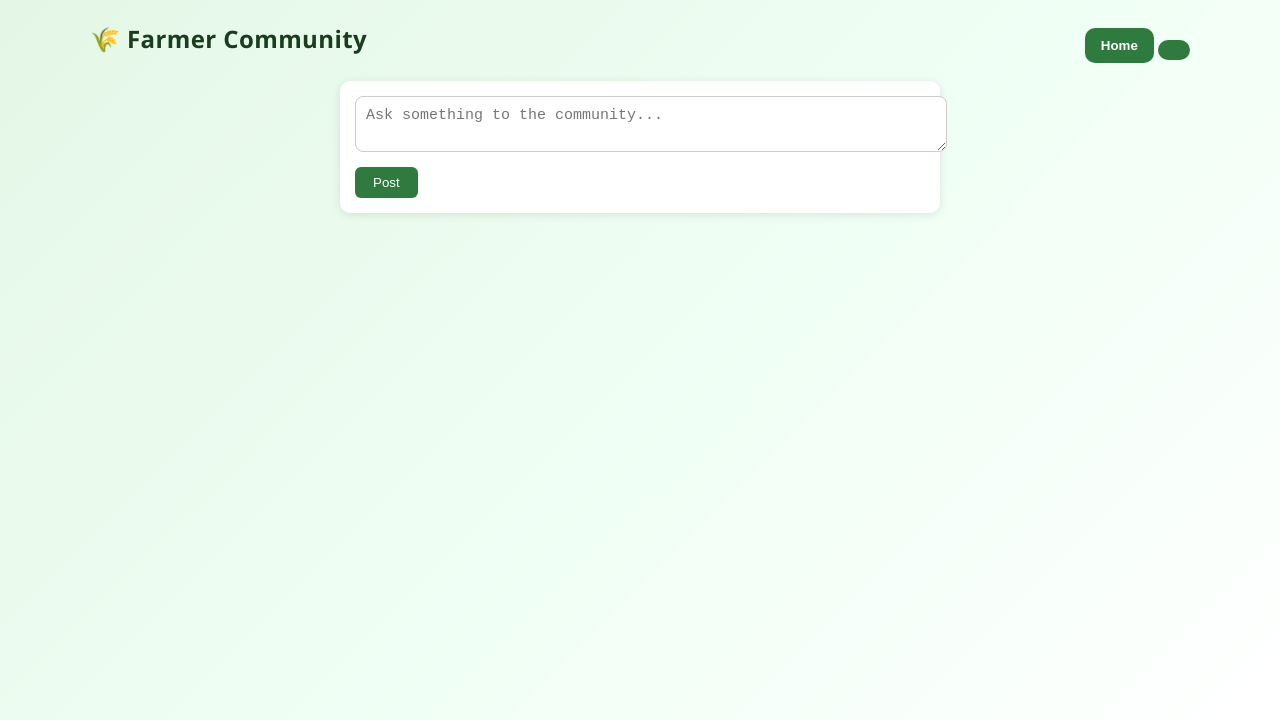
Repository: Desterhub/Agrogyanchatgpt
Page: agrogyan-gpt-main/frontend/community.html
These files come from the project's save history. The page is drawn as it stood at one moment and after the next save; the edit follows.
The browser window is 1280 px wide. The pictures show the whole page.

Above is the page before, as saved 2026-03-11 23:00:06.
Console error: TypeError: Cannot read properties of null (reading 'style')

### agrogyan-gpt-main/frontend/community.html
<!DOCTYPE html>
<html>

<head>
<title>Farmer Community</title>

<link rel="stylesheet" href="style.css">

<style>
    /* Community page tweaks (extends base styles in style.css) */
    .community-container {
        max-width: 860px;
        margin: 26px auto 64px;
        padding: 0 16px;
    }

    .post-box {
        transition: transform 0.2s ease, box-shadow 0.2s ease;
    }

    .post-box:hover {
        transform: translateY(-2px);
        box-shadow: 0 10px 28px rgba(0, 0, 0, 0.14);
    }

    .post-card {
        background: rgba(255, 255, 255, 0.95);
        padding: 18px;
        border-radius: 18px;
        margin-bottom: 18px;
        box-shadow: 0 10px 26px rgba(0, 0, 0, 0.1);
        border: 1px solid rgba(47, 122, 62, 0.12);
        transition: transform 0.2s ease, box-shadow 0.2s ease, opacity 0.2s ease;
        opacity: 0;
        animation: fadeInUp 0.34s forwards;
    }

    .post-card:hover {
        transform: translateY(-3px);
        box-shadow: 0 14px 34px rgba(0, 0, 0, 0.15);
    }

    .post-header {
        display: flex;
        justify-content: space-between;
        align-items: flex-start;
        gap: 14px;
    }

    .post-meta {
        font-size: 13px;
        color: #536e55;
        white-space: nowrap;
    }

    .post-actions {
        display: flex;
        gap: 10px;
        flex-wrap: wrap;
        margin-top: 16px;
    }

    .post-actions button {
        background: rgba(47, 122, 62, 0.1);
        border: 1px solid rgba(47, 122, 62, 0.25);
        color: #2f7a3e;
        padding: 8px 14px;
        border-radius: 12px;
        cursor: pointer;
        transition: background 0.2s ease, transform 0.2s ease;
    }

    .post-actions button:hover {
        background: rgba(47, 122, 62, 0.18);
        transform: translateY(-1px);
    }

    .comment {
        background: rgba(47, 122, 62, 0.08);
        border: 1px solid rgba(47, 122, 62, 0.12);
        padding: 10px 12px;
        border-radius: 12px;
        margin-top: 10px;
    }

    @keyframes fadeInUp {
        from {
            opacity: 0;
            transform: translateY(12px);
        }
        to {
            opacity: 1;
            transform: translateY(0);
        }
    }

    @media (max-width: 640px) {
        .top-bar {
            flex-wrap: wrap;
            gap: 10px;
            justify-content: center;
        }

        .top-actions {
            width: 100%;
            justify-content: center;
        }

        .community-container {
            padding: 0 14px;
        }

        .post-card {
            padding: 14px;
        }

        .post-actions {
            flex-direction: column;
            align-items: stretch;
        }

        .post-actions button {
            width: 100%;
        }
    }
</style>
</head>


<body>

<header class="top-bar">
    <div class="brand-left">
        🌾 Farmer Community
        <div id="welcomeUser" class="welcome-text"></div>
    </div>

    <div class="top-actions">
        <button class="nav-btn" onclick="goHome()">Home</button>
        <button id="authButton" class="nav-btn"></button>
    </div>
</header>


<div class="container">

<div class="post-box">

<textarea id="postContent" placeholder="Ask something to the community..."></textarea>

<button onclick="createPost()">Post</button>

</div>

<div id="postsContainer"></div>

</div>


<script>

const API="http://127.0.0.1:8000";


async function createPost(){

let content=document.getElementById("postContent").value;

if(content.trim()==""){
alert("Write something first");
return;
}

await fetch(API+"/community/create-post",{
method:"POST",
headers:{
"Content-Type":"application/json"
},
body:JSON.stringify({
content:content,
user_id:1
})
});

document.getElementById("postContent").value="";

loadPosts();

}


async function loadPosts(){

let res=await fetch(API+"/community/posts");

let posts=await res.json();

let container=document.getElementById("postsContainer");

container.innerHTML="";

for(let post of posts){

let commentRes=await fetch(API+"/community/comments/"+post.id);
let comments=await commentRes.json();

let postDiv=document.createElement("div");

postDiv.className="post";

postDiv.innerHTML=`

<p>${post.content}</p>

<div class="timestamp">
${new Date(post.timestamp).toLocaleString()}
</div>

<div class="actions">

<button onclick="likePost(${post.id})">
👍 ${post.likes || 0}
</button>

<button onclick="dislikePost(${post.id})">
👎 ${post.dislikes || 0}
</button>

</div>

<div>

<input type="text" id="comment-${post.id}" placeholder="Write reply">

<button onclick="addComment(${post.id})">
Reply
</button>

</div>

<div id="comments-${post.id}">
${comments.map(c=>`<div class="comment">${c.text}</div>`).join("")}
</div>

`;

container.appendChild(postDiv);

}

}



async function likePost(id){

await fetch(API+"/community/like/"+id,{
method:"POST"
});

loadPosts();
}


async function dislikePost(id){

await fetch(API+"/community/dislike/"+id,{
method:"POST"
});

loadPosts();
}


async function addComment(id){

let text=document.getElementById("comment-"+id).value;

if(text.trim()=="") return;

await fetch(API+"/community/comment",{
method:"POST",
headers:{
"Content-Type":"application/json"
},
body:JSON.stringify({
post_id:id,
text:text
})
});

loadPosts();
}

function updateAuthButtons() {
    const user = localStorage.getItem("user");
    const loginBtn = document.getElementById("loginBtn");
    const logoutBtn = document.getElementById("logoutBtn");

    if (user) {
        loginBtn.style.display = "none";
        logoutBtn.style.display = "inline-block";
    } else {
        loginBtn.style.display = "inline-block";
        logoutBtn.style.display = "none";
    }
}

function goHome() {
    window.location.href = "index.html";
}

function goLogin() {
    window.location.href = "login.html";
}

function logoff() {
    localStorage.removeItem("user");
    window.location.href = "login.html";
}

updateAuthButtons();
loadPosts();

</script>

</body>
</html>

### agrogyan-gpt-main/frontend/style.css
body {
    margin: 0;
    font-family: 'Segoe UI', Arial, sans-serif;
    background: linear-gradient(135deg, #e4f7e6 0%, #f0fff5 55%, #ffffff 100%);
    min-height: 100vh;
    color: #1b3d1f;
}

.top-bar {
    width: 100%;
    max-width: 1100px;
    margin: 0 auto;
    padding: 18px 22px;
    display: flex;
    justify-content: space-between;
    align-items: center;
    gap: 18px;
}

.brand-left {
    font-size: 24px;
    font-weight: 800;
    letter-spacing: 0.4px;
}

.brand-left .welcome-text {
    font-size: 14px;
    margin-top: 4px;
    color: #2f7a3e;
}

.nav-btn {
    background: #2f7a3e;
    border: none;
    color: white;
    padding: 10px 16px;
    border-radius: 10px;
    cursor: pointer;
    font-weight: 600;
    transition: transform 0.15s ease, background 0.15s ease;
}

.nav-btn:hover {
    background: #256632;
    transform: translateY(-1px);
}

.hero {
    max-width: 900px;
    margin: 18px auto 16px;
    text-align: center;
}

.hero .main-title {
    font-size: 46px;
    margin: 0;
    color: #1b3d1f;
}

.hero .subtitle {
    margin: 12px 0 4px;
    font-size: 18px;
    color: #2f7a3e;
}

.hero .subnote {
    font-size: 14px;
    color: #3a4f3a;
}

.chat-container {
    max-width: 850px;
    margin: 0 auto 52px;
    padding: 26px 22px;
    background: rgba(255,255,255,0.92);
    border-radius: 24px;
    box-shadow: 0 14px 34px rgba(0,0,0,0.12);
    border: 1px solid rgba(46,125,50,0.2);
}

.chat-container textarea {
    min-height: 160px;
    font-size: 16px;
    resize: vertical;
}

.image-upload {
    display: flex;
    align-items: center;
    gap: 12px;
    margin-top: 12px;
}

.image-upload input {
    flex: 1;
    padding: 10px;
    border-radius: 10px;
    border: 1px solid rgba(0,0,0,0.15);
    font-size: 14px;
}

.icon-btn {
    background: #edf7ee;
    border: 1px solid rgba(46,125,50,0.2);
    border-radius: 12px;
    padding: 10px 14px;
    cursor: pointer;
    transition: background 0.15s ease;
}

.icon-btn:hover {
    background: #d4efd7;
}

.controls {
    display: flex;
    justify-content: space-between;
    align-items: center;
    gap: 14px;
    margin-top: 18px;
    flex-wrap: wrap;
}

.left-controls {
    display: flex;
    gap: 12px;
    align-items: center;
}

.right-controls select {
    padding: 10px 12px;
    border-radius: 10px;
    border: 1px solid rgba(0,0,0,0.15);
    background: white;
}

.answer-box {
    margin-top: 24px;
    background: rgba(230,250,236,0.8);
    border-left: 4px solid #2f7a3e;
    border-radius: 14px;
    padding: 18px 18px 16px;
}

.answer-box h3 {
    margin: 0 0 10px;
    color: #1b3d1f;
}

.answer-box p {
    margin: 4px 0;
    line-height: 1.55;
    color: #2b4a2c;
}

#confidence {
    font-size: 14px;
    color: #3a5840;
    margin-top: 10px;
}

.login-wrapper {
    display:flex;
    justify-content:center;
    align-items:center;
    height:100vh;
}

.login-card {
    background:#ffffff;
    padding:30px;
    border-radius:12px;
    box-shadow:0 4px 14px rgba(0,0,0,0.12);
    width:320px;
    text-align:center;
}

.login-card input {
    width:100%;
    padding:10px;
    margin:8px 0;
    border-radius:6px;
    border:1px solid #ccc;
    box-sizing:border-box;
}

.login-btn-green {
    width:100%;
    padding:10px;
    background:#2f7a3e;
    color:#fff;
    border:none;
    border-radius:6px;
    cursor:pointer;
    font-size:16px;
}

.login-switch {
    margin-top:14px;
    font-size:14px;
    color:#333;
}

.register-link {
    color:#2f7a3e;
    text-decoration:underline;
    cursor:pointer;
}

.container{
    width:600px;
    margin:auto;
}

h1{
    text-align:center;
    color:#2f7a3e;
}

.post-box{
    background:white;
    padding:15px;
    border-radius:10px;
    box-shadow:0 2px 10px rgba(0,0,0,0.1);
    margin-bottom:20px;
}

textarea{
    width:100%;
    border-radius:8px;
    padding:10px;
    font-size:15px;
    border:1px solid #ccc;
}

button{
    margin-top:10px;
    padding:8px 18px;
    background:#2f7a3e;
    color:white;
    border:none;
    border-radius:6px;
    cursor:pointer;
}

button:hover{
    background:#256632;
}

.post-card{
    background:white;
    padding:15px;
    border-radius:10px;
    margin-bottom:15px;
    box-shadow:0 2px 10px rgba(0,0,0,0.08);
}

.post-header{
    font-size:14px;
    font-weight:bold;
    color:#2f7a3e;
    display:flex;
    justify-content:space-between;
    margin-bottom:8px;
}

.post-content{
    font-size:15px;
    margin-bottom:10px;
}

.post-actions{
    font-size:14px;
    color:#555;
    display:flex;
    gap:20px;
    cursor:pointer;
}

After the next save:
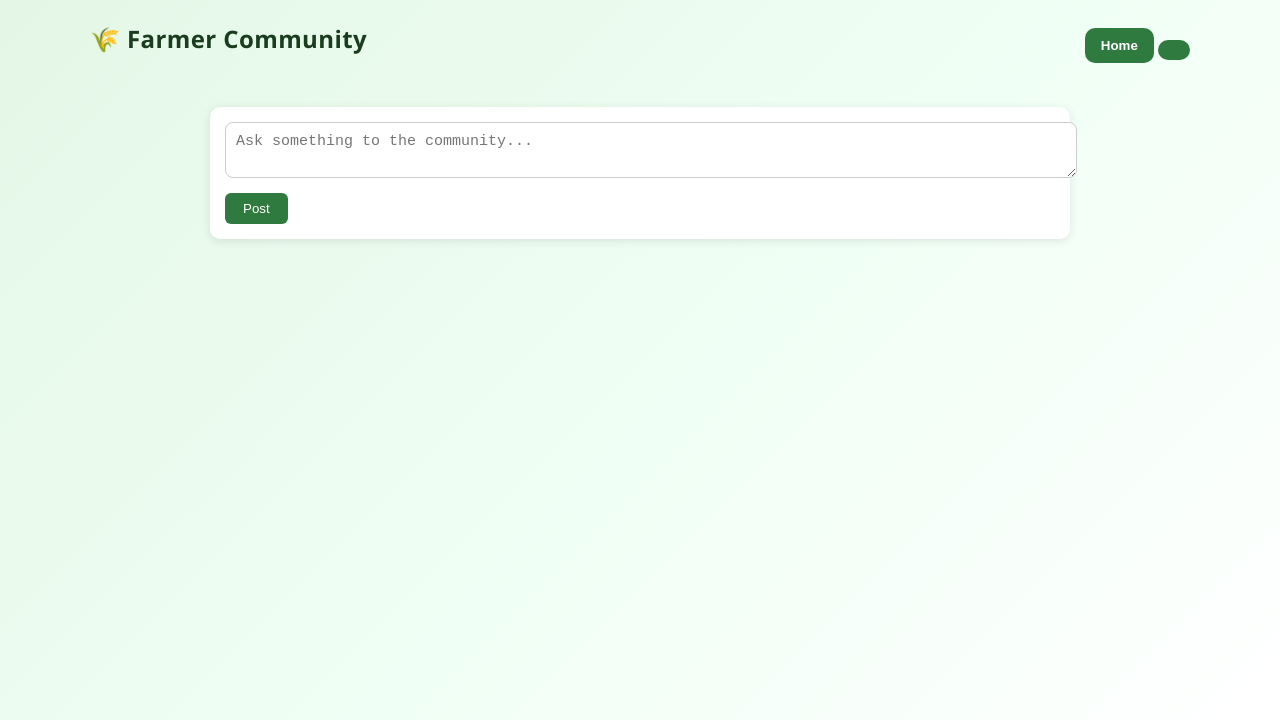
Saved 19 s later.
--- a/agrogyan-gpt-main/frontend/community.html
+++ b/agrogyan-gpt-main/frontend/community.html
@@ -142,19 +142,16 @@
 </header>
 
 
-<div class="container">
-
-<div class="post-box">
-
-<textarea id="postContent" placeholder="Ask something to the community..."></textarea>
-
-<button onclick="createPost()">Post</button>
-
-</div>
-
-<div id="postsContainer"></div>
-
-</div>
+<main class="community-container">
+
+    <section class="post-box">
+        <textarea id="postContent" placeholder="Ask something to the community..."></textarea>
+        <button class="primary-btn" onclick="createPost()">Post</button>
+    </section>
+
+    <div id="postsContainer"></div>
+
+</main>
 
 
 <script>
